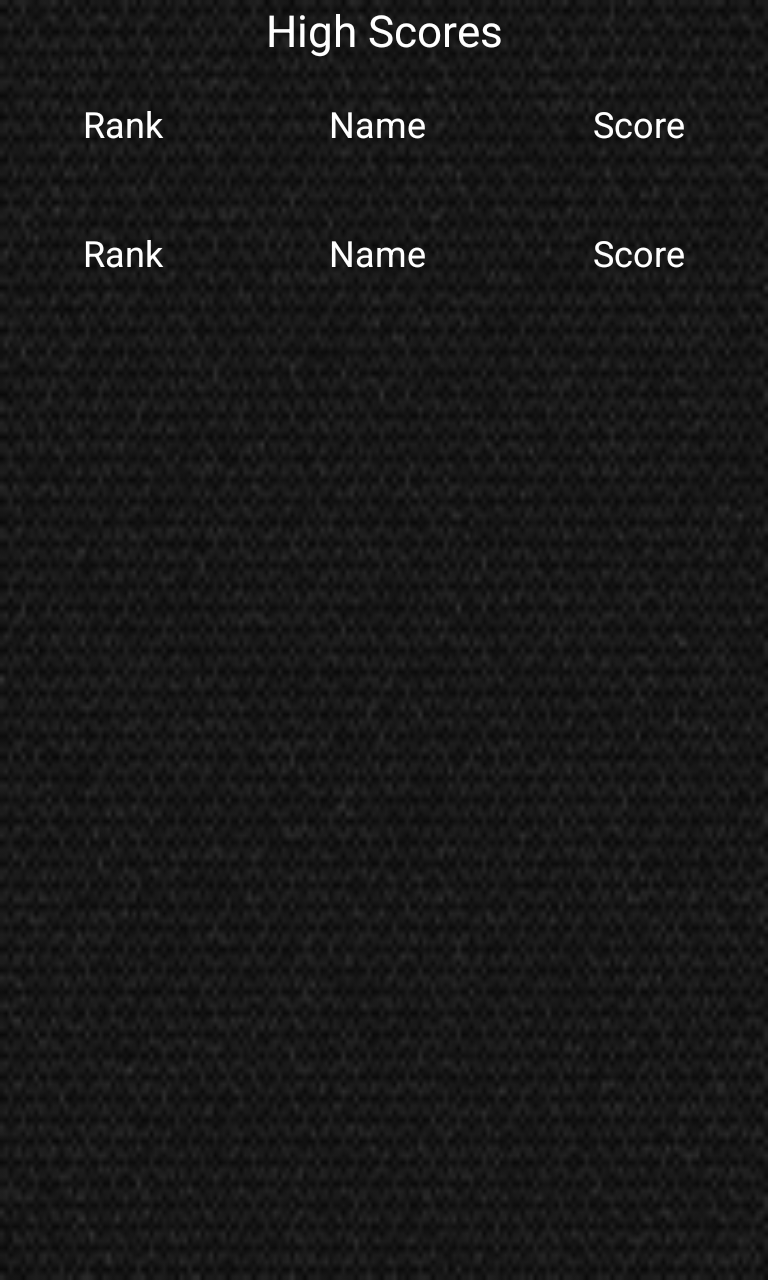
Repository: Tacohen/Killbots
Layout: Killbots/res/layout/high_scores.xml
These files come from the project's save history. The layout is drawn as it stood at one moment and after the next save; the edit follows.
It is drawn on a 768 x 1280 px phone screen (xhdpi) without system bars, with theme AppTheme; the app's code is not run.

Above is the layout before, as saved 2013-12-08 01:49:28.

### Killbots/res/layout/high_scores.xml
<?xml version="1.0" encoding="utf-8"?>
<LinearLayout xmlns:android="http://schemas.android.com/apk/res/android"
    android:layout_width="match_parent"
    android:layout_height="match_parent"
    android:orientation="vertical"
    android:background="@drawable/binding_dark">

    <TextView
        android:id="@+id/intoText"
        android:layout_width="match_parent"
        android:layout_height="wrap_content"
        android:gravity="center"
        android:text="High Scores"
        android:textAppearance="?android:attr/textAppearanceLarge"
        android:textColor="#FFFFFF" />

    <TableLayout
        android:layout_width="match_parent"
        android:layout_height="wrap_content" >

        <TableRow
            android:id="@+id/tableRow1"
            android:layout_width="wrap_content"
            android:gravity="center_horizontal"
            android:layout_height="wrap_content" >

        <TextView
            android:id="@+id/rankText"
            android:text="Rank"
            android:layout_weight="1"
            android:textAppearance="?android:attr/textAppearanceMedium"
            android:textColor="#FFFFFF"
            android:padding="20dip" android:gravity="center"/>

        <TextView
            android:id="@+id/nameText"
            android:text="Name"
            android:layout_weight="1"
            android:textAppearance="?android:attr/textAppearanceMedium"
            android:textColor="#FFFFFF"
            android:padding="20dip" android:gravity="center"/>


        <TextView
            android:id="@+id/scoreText"
            android:text="Score"
            android:layout_weight="1"
            android:textAppearance="?android:attr/textAppearanceMedium"
            android:textColor="#FFFFFF"
            android:padding="20dip" android:gravity="center"/>
        </TableRow>

        <TableRow
            android:id="@+id/tableRow2"
            android:layout_width="wrap_content"
            android:layout_height="wrap_content" >

            <TextView
            android:id="@+id/rankText1"
            android:text="Rank"
            android:layout_weight="1"
            android:textAppearance="?android:attr/textAppearanceMedium"
            android:textColor="#FFFFFF"
            android:padding="20dip" android:gravity="center"/>

        <TextView
            android:id="@+id/nameText1"
            android:text="Name"
            android:layout_weight="1"
            android:textAppearance="?android:attr/textAppearanceMedium"
            android:textColor="#FFFFFF"
            android:padding="20dip" android:gravity="center"/>


        <TextView
            android:id="@+id/scoreText1"
            android:text="Score"
            android:layout_weight="1"
            android:textAppearance="?android:attr/textAppearanceMedium"
            android:textColor="#FFFFFF"
            android:padding="20dip" android:gravity="center"/>

        </TableRow>

        <TableRow
            android:id="@+id/tableRow3"
            android:layout_width="wrap_content"
            android:layout_height="wrap_content" >
        </TableRow>

        <TableRow
            android:id="@+id/tableRow4"
            android:layout_width="wrap_content"
            android:layout_height="wrap_content" >
        </TableRow>
    </TableLayout>

</LinearLayout>

Loaded but not shown: Killbots/res/values/styles.xml (common file); Killbots/res/values-v11/styles.xml (common file); Killbots/res/values-v14/styles.xml (common file)

After the next save:
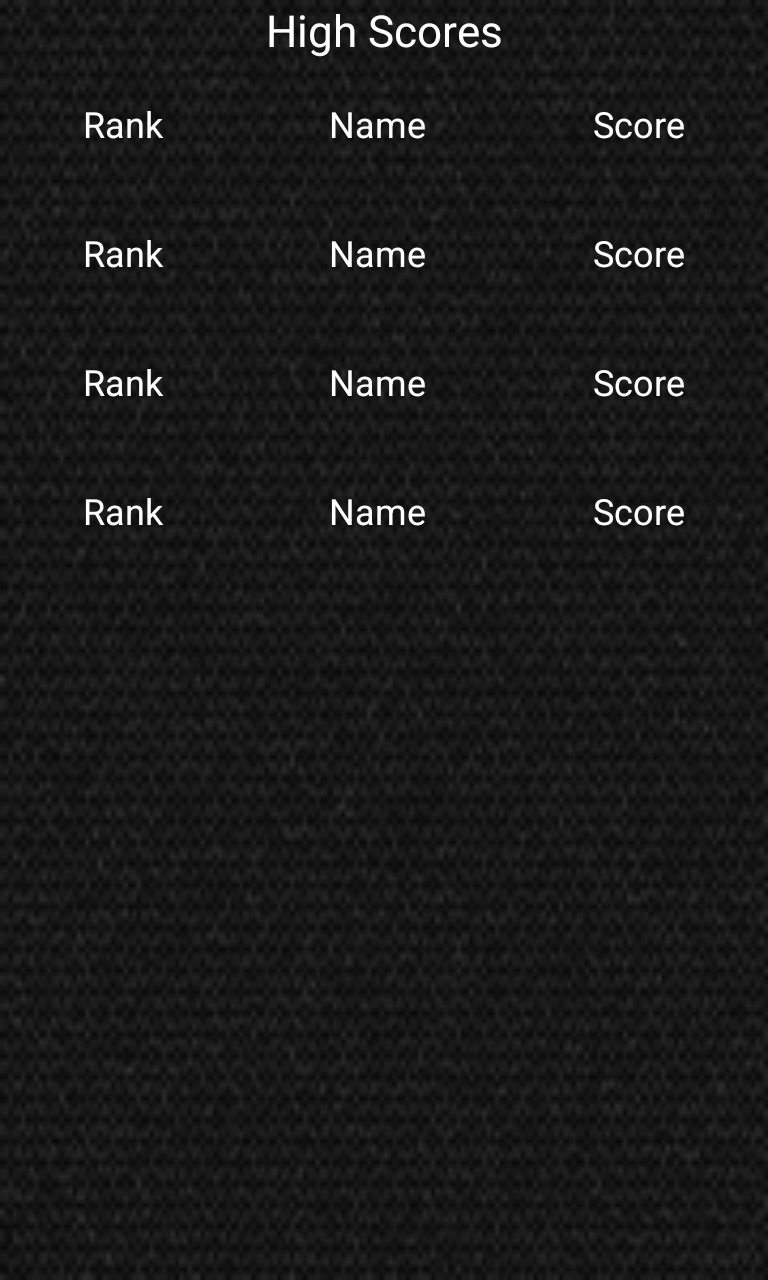
Saved 46 s later.
--- a/Killbots/res/layout/high_scores.xml
+++ b/Killbots/res/layout/high_scores.xml
@@ -86,12 +86,61 @@
             android:id="@+id/tableRow3"
             android:layout_width="wrap_content"
             android:layout_height="wrap_content" >
+
+            <TextView
+            android:id="@+id/rankText2"
+            android:text="Rank"
+            android:layout_weight="1"
+            android:textAppearance="?android:attr/textAppearanceMedium"
+            android:textColor="#FFFFFF"
+            android:padding="20dip" android:gravity="center"/>
+
+        <TextView
+            android:id="@+id/nameText2"
+            android:text="Name"
+            android:layout_weight="1"
+            android:textAppearance="?android:attr/textAppearanceMedium"
+            android:textColor="#FFFFFF"
+            android:padding="20dip" android:gravity="center"/>
+
+
+        <TextView
+            android:id="@+id/scoreText2"
+            android:text="Score"
+            android:layout_weight="1"
+            android:textAppearance="?android:attr/textAppearanceMedium"
+            android:textColor="#FFFFFF"
+            android:padding="20dip" android:gravity="center"/>
         </TableRow>
 
         <TableRow
             android:id="@+id/tableRow4"
             android:layout_width="wrap_content"
             android:layout_height="wrap_content" >
+        <TextView
+            android:id="@+id/rankText3"
+            android:text="Rank"
+            android:layout_weight="1"
+            android:textAppearance="?android:attr/textAppearanceMedium"
+            android:textColor="#FFFFFF"
+            android:padding="20dip" android:gravity="center"/>
+
+        <TextView
+            android:id="@+id/nameText3"
+            android:text="Name"
+            android:layout_weight="1"
+            android:textAppearance="?android:attr/textAppearanceMedium"
+            android:textColor="#FFFFFF"
+            android:padding="20dip" android:gravity="center"/>
+
+
+        <TextView
+            android:id="@+id/scoreText3"
+            android:text="Score"
+            android:layout_weight="1"
+            android:textAppearance="?android:attr/textAppearanceMedium"
+            android:textColor="#FFFFFF"
+            android:padding="20dip" android:gravity="center"/>
         </TableRow>
     </TableLayout>
 
